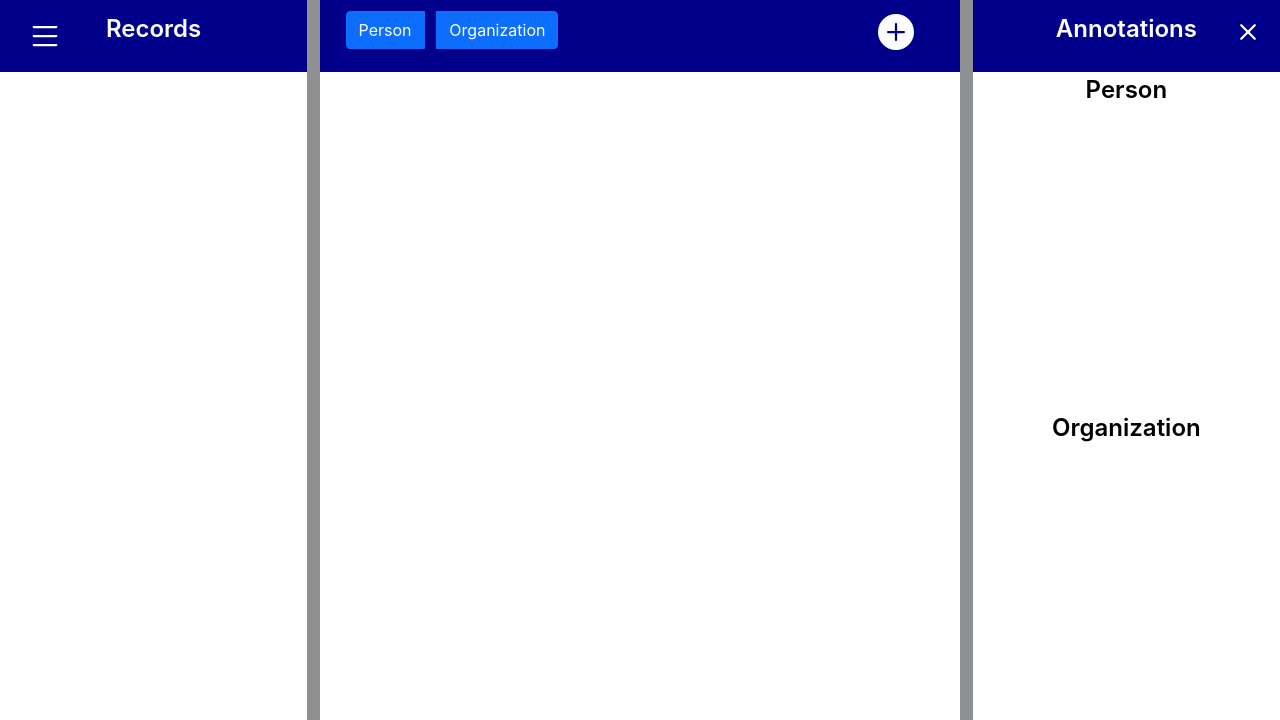
Repository: napan24/classforma_assignment
Page: / (app in client/)
An editor plug-in stored every save of this project. The page is shown before and after a run of saves, followed by the edit.
The browser window is 1280 px wide. The pictures show the whole page.
The project was rebuilt for these pictures with package versions that can differ from the ones it lists, and the page was loaded fresh each time. Also part of the build but not shown: client/src/App.css.

Above is the page before, as saved 2022-07-20 17:45:44.

### client/public/index.html
<!DOCTYPE html>
<html lang="en">
  <head>
    <meta charset="utf-8" />
    <link rel="icon" href="%PUBLIC_URL%/favicon.ico" />
    <meta name="viewport" content="width=device-width, initial-scale=1" />
    <meta name="theme-color" content="#000000" />
    <meta
      name="description"
      content="Web site created using create-react-app"
    />
    <link href="https://cdn.jsdelivr.net/npm/bootstrap@5.1.3/dist/css/bootstrap.min.css" rel="stylesheet" integrity="sha384-1BmE4kWBq78iYhFldvKuhfTAU6auU8tT94WrHftjDbrCEXSU1oBoqyl2QvZ6jIW3" crossorigin="anonymous">
    <link rel="apple-touch-icon" href="%PUBLIC_URL%/logo192.png" />
    <!--
      manifest.json provides metadata used when your web app is installed on a
      user's mobile device or desktop. See https://developers.google.com/web/fundamentals/web-app-manifest/
    -->
    <link rel="manifest" href="%PUBLIC_URL%/manifest.json" />
    <!--
      Notice the use of %PUBLIC_URL% in the tags above.
      It will be replaced with the URL of the `public` folder during the build.
      Only files inside the `public` folder can be referenced from the HTML.

      Unlike "/favicon.ico" or "favicon.ico", "%PUBLIC_URL%/favicon.ico" will
      work correctly both with client-side routing and a non-root public URL.
      Learn how to configure a non-root public URL by running `npm run build`.
    -->
    <title>React App</title>
  </head>
  <body>
    <noscript>You need to enable JavaScript to run this app.</noscript>
    <div id="root"></div>
    <!--
      This HTML file is a template.
      If you open it directly in the browser, you will see an empty page.

      You can add webfonts, meta tags, or analytics to this file.
      The build step will place the bundled scripts into the <body> tag.

      To begin the development, run `npm start` or `yarn start`.
      To create a production bundle, use `npm run build` or `yarn build`.
    -->
    <script src="https://cdn.jsdelivr.net/npm/bootstrap@5.1.3/dist/js/bootstrap.bundle.min.js" integrity="sha384-ka7Sk0Gln4gmtz2MlQnikT1wXgYsOg+OMhuP+IlRH9sENBO0LRn5q+8nbTov4+1p" crossorigin="anonymous"></script>
  </body>
</html>

### client/src/App.js
import logo from './logo.svg';
import './App.css';
import Home from './Home';

function App() {
  return (
    <>
      <Home></Home>
    </>
  );
}

export default App;

### client/src/Home.js
'strict origin'
import React, { useState, useEffect } from 'react'
const Home = () => {
    const [textField, setTextField] = useState();
    const [person, setPerson] = useState();
    const [place, setPlace] = useState();
    const [personName, setPersonName] = useState(['']);
    const [placeName, setPlaceName] = useState(['']);
    const [data, setData] = useState("");
    useEffect(() => {
        if (textField) {
            trending();
        }
    }, [textField])
    const trending = async () => {
        const res = await fetch("/", {
            method: 'POST',
            headers: {
                "Content-Type": "application/json"
            },
            body: JSON.stringify({ textField })
        });
        const result = await res.json();
        console.log(result);
        setPerson(result.filter((arr) => arr.type == 'Person'));
        setPlace(result.filter((arr) => arr.type[0] == 'Place' || arr.type[0] == 'PopulatedPlace' || arr.type[0] == 'Settlement' || arr.type[0] == 'City'));
    };
    useEffect(() => {
        setPersonName(['']);
        if (person) {
            person.forEach(function (arrayItem) {
                setPersonName(curr => [...curr, arrayItem.entityId]);
            });
        }
    }, [person])
    useEffect(() => {
        setPlaceName(['']);
        if (place) {
            console.log(place);
            place.forEach(function (arrayItem) {
                setPlaceName(curr => [...curr, arrayItem.entityId]);
            });
        }
    }, [place])
    const showFile = async (e) => {
        e.preventDefault()
        const reader = new FileReader()
        reader.onload = async (e) => {
            const text = (e.target.result)
            setTextField(text);
        };
        reader.readAsText(e.target.files[0])
    }
    function replace() {
        setTextField(textField.replace(data, ''));
        showAlert("alert")
    }
    function showAlert(id) {
        if (document.getElementById(id).style.display == "inline-block") {
            document.getElementById(id).style.display = "none";
        }
        else {
            document.getElementById(id).style.display = "inline-block";
        }
    }
    function CloseClick(e) {
        setData(e.currentTarget.parentElement.querySelector('.userName').innerText);
        showAlert("alert");
    }
    function showLeftComponent() {
        if (document.getElementById('left_component').style.display == "inline") {
            document.getElementById('left_component').style.display = "none";
        }
        else {
            document.getElementById('left_component').style.display = "inline";
        }

    }
    return (
        <>
            <div id="alert" style={{ display: "none", height: "35vh", width: "35vw", backgroundColor: "white", position: "absolute", zIndex: '2', left: "35%", top: "25%", border: "2px solid red" }}>
                <button onClick={() => { showAlert("alert") }} type="button" class="btn btn-primary" style={{ marginRight: "1vw", position: "absolute", bottom: "10%", left: "15%", padding: "2vh" }}>Cancel</button>
                <button onClick={(e) => { replace(e) }} style={{ marginRight: "1vw", position: "absolute", bottom: "10%", left: "65%", padding: "2vh" }} type="button" class="btn btn-primary">Delete</button>
            </div>
            <div style={{ display: 'flex', width: "100vw", height: "100vh", backgroundColor: "#8f9091", overflow: "hidden" }}>
                <div id="left_component" style={{ display: 'inline', width: "24vw", height: "100vh", backgroundColor: "white", marginRight: "1vw" }}>
                    <div style={{ width: "24vw", height: "10vh", backgroundColor: "#00008b", textAlign: 'center', fontSize: '150%', color: "white", fontWeight: "600", position: "fixed" }}>
                        <p style={{ marginTop: "1.5vh" }}>
                            Records
                        </p>
                    </div>
                    <svg onClick={() => { showLeftComponent() }} style={{ width: "5vw", height: "5vh", position: 'absolute', left: "1vw", top: "2.5vh", color: 'white' }} xmlns="http://www.w3.org/2000/svg" fill="currentColor" class="bi bi-list" viewBox="0 0 16 16">
                        <path fill-rule="evenodd" d="M2.5 12a.5.5 0 0 1 .5-.5h10a.5.5 0 0 1 0 1H3a.5.5 0 0 1-.5-.5zm0-4a.5.5 0 0 1 .5-.5h10a.5.5 0 0 1 0 1H3a.5.5 0 0 1-.5-.5zm0-4a.5.5 0 0 1 .5-.5h10a.5.5 0 0 1 0 1H3a.5.5 0 0 1-.5-.5z" />
                    </svg>
                    <div>

                    </div>
                </div>
                <div style={{ width: "50vw", height: "100vh", backgroundColor: "white", marginRight: "1vw", overflowY: "unset" }}>
                    <div style={{ width: "50vw", height: "10vh", backgroundColor: "#00008b", position: 'relative', overflowY: 'hidden' }}>
                    <svg onClick={() => { showLeftComponent() }} style={{ width: "5vw", height: "5vh", position: 'absolute', left: "1vw", top: "2.5vh", color: 'white' }} xmlns="http://www.w3.org/2000/svg" fill="currentColor" class="bi bi-list" viewBox="0 0 16 16">
                        <path fill-rule="evenodd" d="M2.5 12a.5.5 0 0 1 .5-.5h10a.5.5 0 0 1 0 1H3a.5.5 0 0 1-.5-.5zm0-4a.5.5 0 0 1 .5-.5h10a.5.5 0 0 1 0 1H3a.5.5 0 0 1-.5-.5zm0-4a.5.5 0 0 1 .5-.5h10a.5.5 0 0 1 0 1H3a.5.5 0 0 1-.5-.5z" />
                    </svg>
                        <div class="btn-group" style={{ marginTop: "1.5vh", marginLeft: "2vw" }}>
                            <button type="button" class="btn btn-primary" style={{ marginRight: "1vw" }}>Person</button>
                            <button type="button" class="btn btn-primary">Organization</button>
                        </div>
                        <label for="file">
                            <svg style={{ width: "20%", height: "50%", position: "absolute", right: "0", top: "2vh", color: "white" }} xmlns="http://www.w3.org/2000/svg" fill="currentColor" class="bi bi-plus-circle-fill" viewBox="0 0 16 16">
                                <path d="M16 8A8 8 0 1 1 0 8a8 8 0 0 1 16 0zM8.5 4.5a.5.5 0 0 0-1 0v3h-3a.5.5 0 0 0 0 1h3v3a.5.5 0 0 0 1 0v-3h3a.5.5 0 0 0 0-1h-3v-3z" />
                            </svg>
                        </label>
                        <input type="file" id="file" onChange={(e) => showFile(e)} style={{ display: "none" }} />
                    </div>
                    <div style={{ width: "48vw", height: "85vh", marginLeft: "2vw", marginTop: "5vh", overflowY: "scroll" }}>
                        {textField}
                    </div>
                </div>
                <div style={{ width: "24vw", height: "100vh", backgroundColor: "white" }}>
                    <div style={{ width: "24vw", height: "10vh", backgroundColor: "#00008b", textAlign: 'center', fontSize: '150%', color: "white", fontWeight: "600" }}>
                        <p style={{ paddingTop: "1.5vh" }}>
                            Annotations
                        </p>
                    </div>
                    <div style={{ width: "24vw", height: "5vh", backgroundColor: "white", textAlign: 'center', fontSize: '150%', color: "black", fontWeight: "600", marginBottom: "2vh" }}>
                        <p>
                            Person
                        </p>
                    </div>
                    <div style={{ maxWidth: "24vw", height: "40vh", backgroundColor: "white", textAlign: 'center', fontSize: '150%', color: "black", fontWeight: "600", zIndex: "2", overflowY: "scroll", overflowX: "hidden" }}>
                        {personName && personName.map((user) => (
                            user.length > 0 && <div style={{ width: "24vw", color: "black", height: "3vh", fontSize: "2vh", position: 'relative', borderBottom: '1px solid black' }}>
                                <span className='userName' style={{ width: "12vw" }}>
                                    {user}
                                </span>
                                <svg onClick={(e) => { CloseClick(e) }} style={{ width: "3.5vw", height: "3.5vh", position: 'absolute', right: "0vw", top: "0vh" }} xmlns="http://www.w3.org/2000/svg" fill="currentColor" class="bi bi-x" viewBox="0 0 16 16">
                                    <path d="M4.646 4.646a.5.5 0 0 1 .708 0L8 7.293l2.646-2.647a.5.5 0 0 1 .708.708L8.707 8l2.647 2.646a.5.5 0 0 1-.708.708L8 8.707l-2.646 2.647a.5.5 0 0 1-.708-.708L7.293 8 4.646 5.354a.5.5 0 0 1 0-.708z" />
                                </svg>
                            </div>
                        ))}
                    </div>
                    <div style={{ width: "24vw", height: "5vh", backgroundColor: "white", textAlign: 'center', fontSize: '150%', color: "black", fontWeight: "600", marginBottom: "2vh" }}>
                        <p>
                            Organization
                        </p>
                    </div>
                    <div style={{ width: "24vw", height: "40vh", backgroundColor: "white", textAlign: 'center', fontSize: '150%', color: "black", fontWeight: "600", overflowY: "scroll" }}>
                        {placeName && placeName.map((user) => (
                            user.length > 0 && <div style={{ width: "24vw", color: "black", height: "3vh", fontSize: "2vh", position: 'relative', borderBottom: '1px solid black' }}>
                                <span className='userName' style={{ width: "12vw" }}>
                                    {user}
                                </span>
                                <svg onClick={(e) => { CloseClick(e) }} style={{ width: "3.5vw", height: "3.5vh", position: 'absolute', right: "0vw", top: "0vh" }} xmlns="http://www.w3.org/2000/svg" fill="currentColor" class="bi bi-x" viewBox="0 0 16 16">
                                    <path d="M4.646 4.646a.5.5 0 0 1 .708 0L8 7.293l2.646-2.647a.5.5 0 0 1 .708.708L8.707 8l2.647 2.646a.5.5 0 0 1-.708.708L8 8.707l-2.646 2.647a.5.5 0 0 1-.708-.708L7.293 8 4.646 5.354a.5.5 0 0 1 0-.708z" />
                                </svg>
                            </div>
                        ))}
                    </div>
                    <svg style={{ width: "5vw", height: "5vh", position: 'absolute', right: "0vw", top: "2vh", color: 'white' }} xmlns="http://www.w3.org/2000/svg" fill="currentColor" class="bi bi-x" viewBox="0 0 16 16">
                        <path d="M4.646 4.646a.5.5 0 0 1 .708 0L8 7.293l2.646-2.647a.5.5 0 0 1 .708.708L8.707 8l2.647 2.646a.5.5 0 0 1-.708.708L8 8.707l-2.646 2.647a.5.5 0 0 1-.708-.708L7.293 8 4.646 5.354a.5.5 0 0 1 0-.708z" />
                    </svg>
                </div>
            </div>
        </>
    )
}

export default Home

Loaded but not shown: client/src/index.js (common file); client/src/index.css (common file); client/src/reportWebVitals.js (common file)

After the next 2 saves:
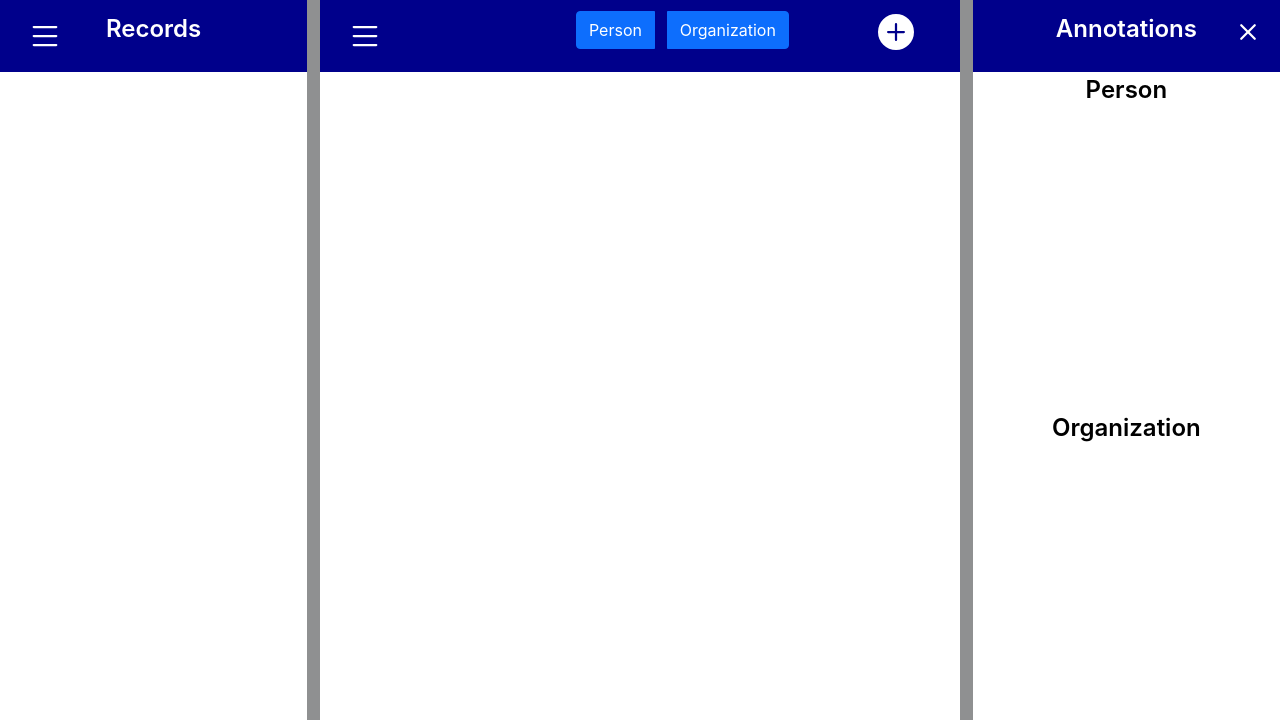
The 2 saves are shown as one change because they came seconds apart.
The last was saved 11 s later.
--- a/client/src/Home.js
+++ b/client/src/Home.js
@@ -101,7 +101,7 @@ const Home = () => {
                     <svg onClick={() => { showLeftComponent() }} style={{ width: "5vw", height: "5vh", position: 'absolute', left: "1vw", top: "2.5vh", color: 'white' }} xmlns="http://www.w3.org/2000/svg" fill="currentColor" class="bi bi-list" viewBox="0 0 16 16">
                         <path fill-rule="evenodd" d="M2.5 12a.5.5 0 0 1 .5-.5h10a.5.5 0 0 1 0 1H3a.5.5 0 0 1-.5-.5zm0-4a.5.5 0 0 1 .5-.5h10a.5.5 0 0 1 0 1H3a.5.5 0 0 1-.5-.5zm0-4a.5.5 0 0 1 .5-.5h10a.5.5 0 0 1 0 1H3a.5.5 0 0 1-.5-.5z" />
                     </svg>
-                        <div class="btn-group" style={{ marginTop: "1.5vh", marginLeft: "2vw" }}>
+                        <div class="btn-group" style={{ marginTop: "1.5vh", marginLeft: "20vw" }}>
                             <button type="button" class="btn btn-primary" style={{ marginRight: "1vw" }}>Person</button>
                             <button type="button" class="btn btn-primary">Organization</button>
                         </div>
